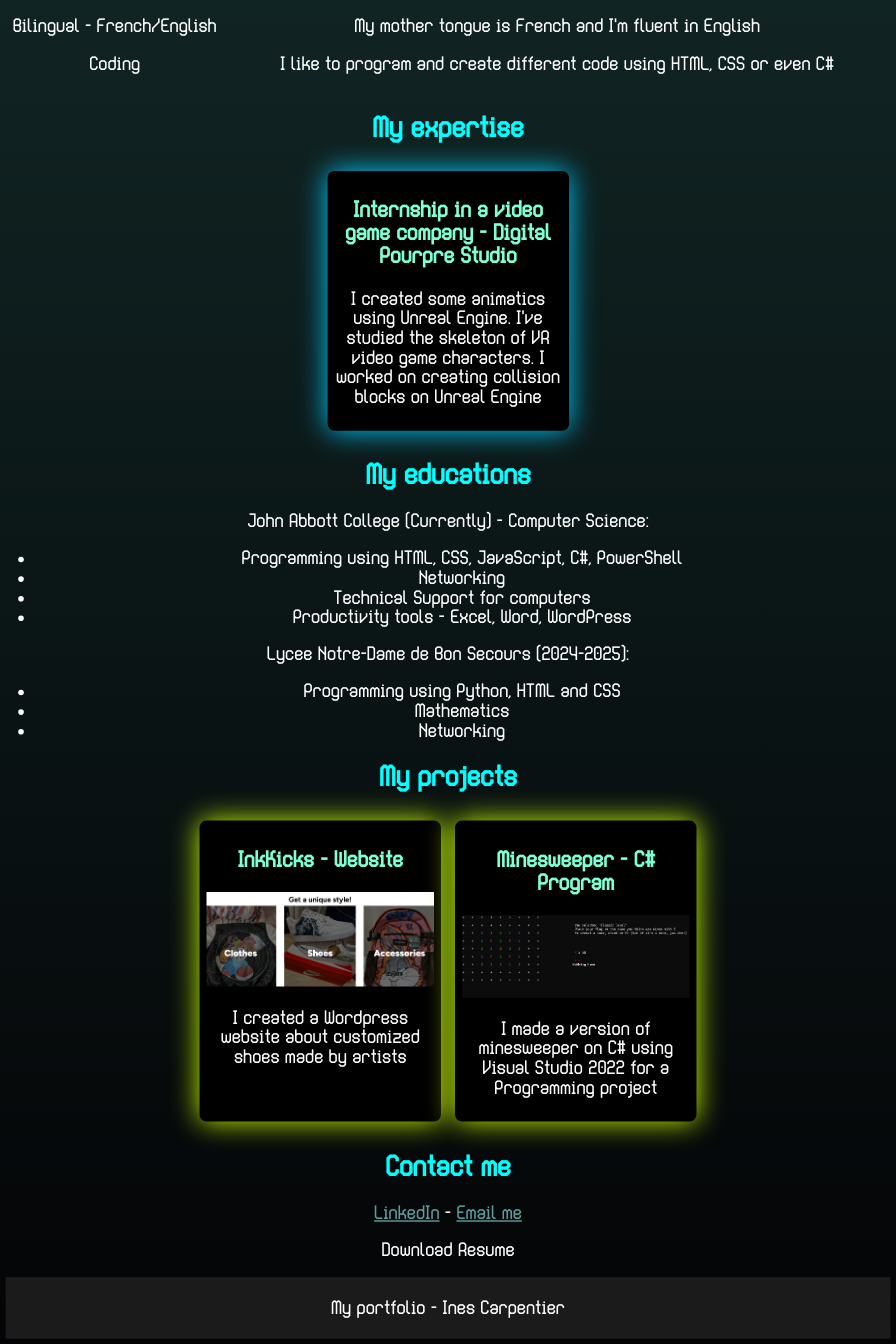
Repository: InsCarp/InsCarp
Page: index.html
An editor plug-in stored every save of this project. The page is shown before and after the next save, followed by the edit.
The browser window is 1280 px wide. The pictures show the part of the page from y = 1306 to 3226 px (the page is 3226 px tall before and 3201 px after), at 70% of full size.

Above is the page before, as saved 2026-05-14 22:48:16.

### index.html
<!DOCTYPE html>
<html lang="en">
<head>
    <meta charset="UTF-8">
    <meta name="viewport" content="width=device-width, initial-scale=1.0">
    <link rel="icon" href="/assets/images/Logo.svg" type="image/svg" />
    <link rel="stylesheet" href="/styles/globals.css" type="text/css"/>
    <link rel="stylesheet" href="/styles/index.css" type="text/css"/>

    <title>Portfolio - Ines Carpentier</title>
</head>
<header>

     <h1 id="Title">My portfolio</h1>

        <nav>
        <a href="index.html">Home</a>
        <a href="#About">About me</a>
        <a href="#Expertise">Expertise</a>
        <a href="#Education">Education</a>
        <a href="#Projects">Projects</a>
        <a href="#Contact">Contact me</a>
        </nav>


</header>
<body>
    <div class="Intro">
        <article>
            <img
               src="/assets/images/meh.png" id="Me" alt="My image"/>
        </article>
        <article id="intro">
            <h2>Ines Carpentier</h2>
            <p>Hi, I'm a Computer Science student who loves to mix creativity in my projects.
                Hope you'll enjoy my portfolio!</p>
        </article>
    </div>

        <h2 id="About">About me</h2>
        <div class="about">
            <p>Hello, I'm Ines Carpentier, a Computer Science student at John Abbott College, Canada. As an artist and programmer, I like creating programs and adding designs to it. I always seek for the
             best way of coding to bring an efficient and beautiful program. I currently code using C#, HTML or even Python language. I'm passionate in networking and programming and currently study to head into a cybersecurity career.
            </p>
        </div>
        <h3>Skills</h3>
        <section class="Skills">
            <article>
            <p>Logic resolution of problems</p>
            <p>Organized</p>
            <p>Bilingual - French/English</p>
            <p>Coding</p>
        </article>
        <article>
            <p>I am able to fix and resolve problems in the best way possible</p>
            <p>I can organize my schedule efficiently to finish my tasks on time and with a good quality</p>
            <p>My mother tongue is French and I'm fluent in English</p>
            <P>I like to program and create different code using HTML, CSS or even C#</P>
        </article>
        </section>


        <h2 id="Expertise">My expertise</h2>
        <section class="cardholder">
            <article class="card">
            <h3>Internship in a video game company - Digital Pourpre Studio</h3>
            <p>I created some animatics using Unreal Engine. I've studied the skeleton of VR video game characters. I worked on creating collision blocks on Unreal Engine</p>
        </article>
        </section>


        <h2 id="Education">My educations</h2>
        <p>John Abbott College (Currently) - Computer Science:
        </p>
        <ul>
            <li>Programming using HTML, CSS, JavaScript, C#, PowerShell</li>
            <li>Networking</li>
            <li>Technical Support for computers</li>
            <li>Productivity tools - Excel, Word, WordPress</li>
        </ul>
        <p>Lycee Notre-Dame de Bon Secours (2024-2025):</p>
        <ul>
            <li>Programming using Python, HTML and CSS</li>
            <li>Mathematics</li>
            <li>Networking</li>
        </ul>

        <h2 id="Projects">My projects</h2>
        <section class="cardholder">
            <article class="card2">
                <h3>InkKicks - Website</h3>
             <a href="/InkKicks.html" target="blank"><img src="/assets/images/website.png" alt="Image of my website project" id="webimg"/></a>
                <p>I created a Wordpress website about customized shoes made by artists</p>
            </article>
            <article class="card2">
                <h3>Minesweeper - C# Program</h3>
             <a href="/minesweeper.html" target="blank"><img src="/assets/images/minesweeper.png" alt="Image of my project" id="mine"/></a>

                <p>I made a version of minesweeper on C# using Visual Studio 2022 for a Programming project</p>
            </article>
        </section>

        <div class="Contact">
         <h2 id="Contact">Contact me</h2>
         <p><a href="https://www.linkedin.com/in/ines-carpentier-690b8b387/" target="blank">LinkedIn</a> - <a href="mailto:carpentierines4@gmail.com">Email me</a></p>
         <p class="Download">Download Resume</p>
        </div>
</body>
<footer>
    <p>My portfolio - Ines Carpentier</p>
</footer>
</html>

### styles/globals.css
@font-face {
    font-family: Title;
    src: url(/assets/fonts/Y224-2vdae.ttf);
}
@font-face {
    font-family: Portfolio;
    src: url(/assets/fonts/Eightgon-OGn6p.ttf);
}


@keyframes grow{
    20%{
        transform: scale(1.05);
    }
        100%{
        transform: scale(1.05);
    }

}

@keyframes backcolor{

}


html{
    font-size:25px;
}

a {
    color:cadetblue;
}

a:visited{
    color:aquamarine;
}
a:hover{
    color:greenyellow;
}
a:active{
    color:yellow;
}

body{
    background-image: linear-gradient(to bottom, rgb(25, 58, 55) , rgb(4, 4, 6));
    color:rgb(255, 255, 255);
    animation: backcolor 7s infinite;
    text-align:center;



    font-family: Portfolio;
}





h1, h2{
    color:aqua;



}

h3{
    color:aquamarine;
}


header {
    position:sticky;
    top:0;
    display: flex;
    flex-direction: row;
    font-family: Title;
    background-color:rgb(27, 27, 27);
    font-size:0.5rem;


}
nav{
    display:none;
}

footer{

    text-align: center;
    background-color:rgb(27, 27, 27);
    padding:0.2rem;


}

@media only screen and (min-width: 800px){
    header {
    justify-content: space-between;
    border-radius: 10px;
    font-size:0.8rem;

}
nav{
    text-align:right;
    display:initial;
    font-size:0.4rem;
    margin-top:10px;


}
}

@media only screen and (min-width: 1200px){
    header {
    display: flex;
    flex-direction: row;
    font-family: Title;
    justify-content: space-between;



}
nav{
    text-align:right;
    display:initial;
    font-size:0.6rem;
    margin-top:2%;



}
}

### styles/index.css




.Intro{
    margin-top: 1rem;
    display:flex;
    flex-direction: column;
    align-items: center;
}

#intro{

    text-align: center;
    font-size:2rem;


}

#Me{
    margin-top: 1rem;
    width:15rem;

}


section{
    display: flex;
    flex-direction:row;
    justify-content: space-between;

}

.cardholder{
    display: flex;
    flex-direction:column;
}

.card{
  margin:10px;
  background-color:rgb(0, 0, 0);
  padding:10px;
  border: 3px;
  border-radius:10px;
  box-shadow: 0 0 40px 0 rgb(0, 204, 255);
  opacity: 20;
  width:13rem;
}
.card2{
  margin:10px;
  background-color:rgb(0, 0, 0);
  padding:10px;
  border: 3px;
  border-radius:10px;
  box-shadow: 0 0 40px 0 rgb(204, 255, 0);
  opacity: 20;
  width:13rem;
}



.card2:hover{
    animation: grow 2s;

}

#webimg {
    width: 13rem;
}

#mine{
    width: 13rem;
}

.Download{
    border: 4px;
    border-radius: 30%;
}

.Contact{
    text-align: center;
}

@media only screen and (min-width: 800px){
    .Intro{
    margin-top: 1rem;
    display:flex;
    flex-direction: row;
    justify-content: space-between;
}

#intro{

    text-align: center;
    font-size:2rem;
    width: 20rem;
    margin-right: 10%;
}






.cardholder{
    display: flex;
    flex-direction:row;
    justify-content:center;

}
}

@media only screen and (min-width: 1200px){
    #Me{
    margin-left:15%;
    width:20rem;
}
#expertise{
  width:15rem;
}
}

After the next save:
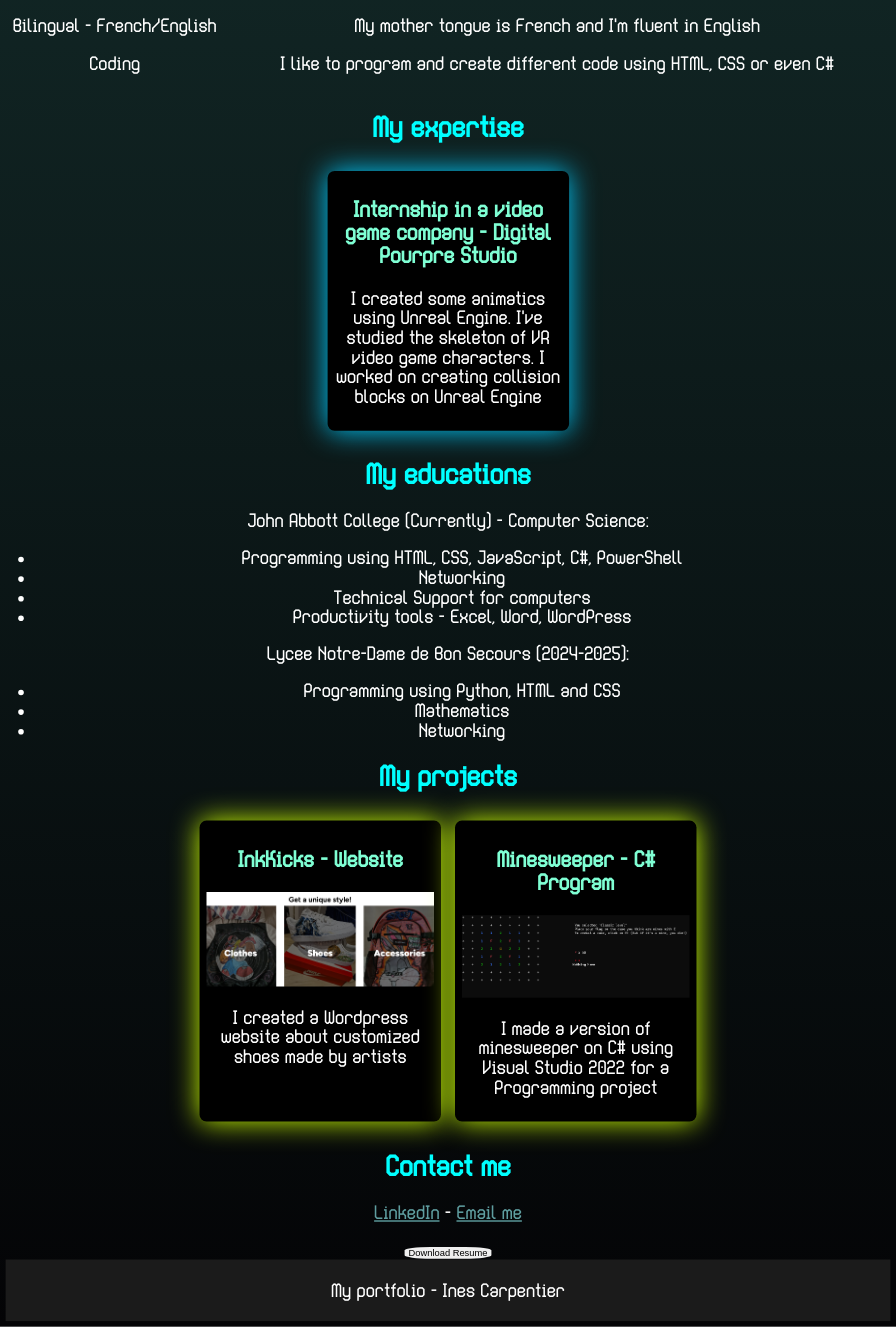
Saved 89 s later.
--- a/index.html
+++ b/index.html
@@ -103,7 +103,7 @@
         <div class="Contact">
          <h2 id="Contact">Contact me</h2>
          <p><a href="https://www.linkedin.com/in/ines-carpentier-690b8b387/" target="blank">LinkedIn</a> - <a href="mailto:carpentierines4@gmail.com">Email me</a></p>
-         <p class="Download">Download Resume</p>
+         <button class="Download">Download Resume</button>
         </div>
 </body>
 <footer>
